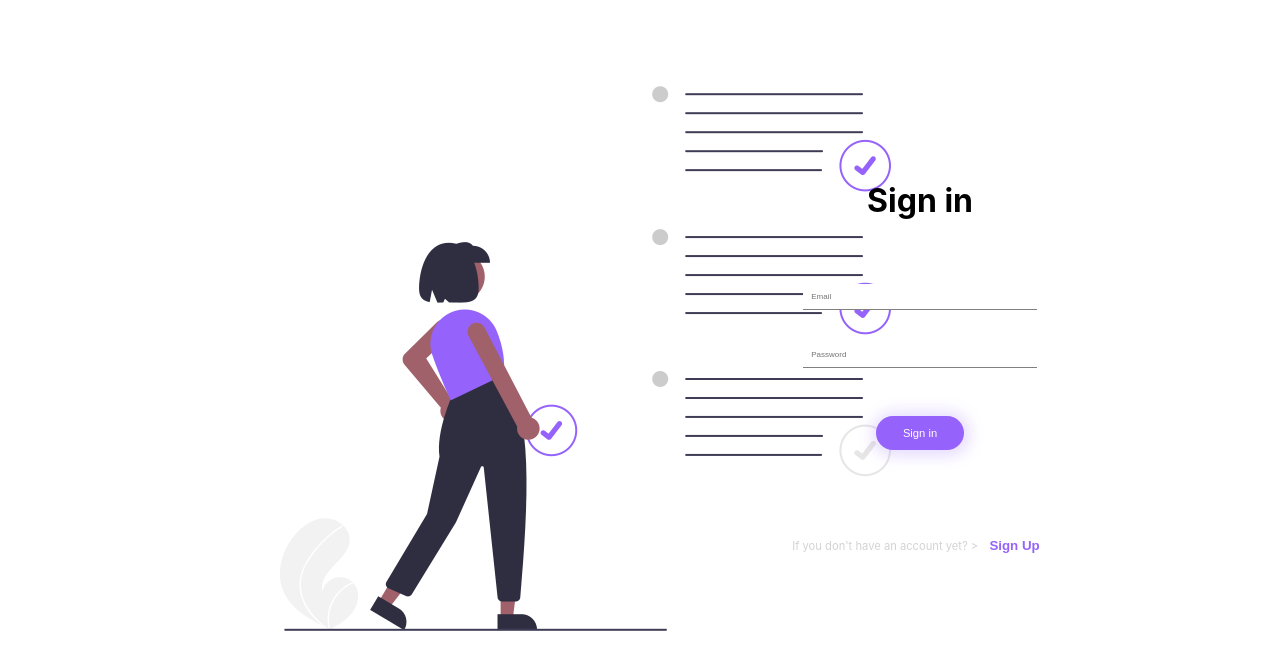
Repository: EEOOOO/wanted-pre-onboarding-fe
Page: / (app in to-do-list-app/)
The author's editor kept a copy of each file at every save. The page is drawn from the files as they stood at one save, then again after the next save.
The browser window is 1280 px wide. The pictures show the whole page.
The project was rebuilt for these pictures with package versions that can differ from the ones it lists, and the page was loaded fresh each time. Also part of the build but not shown: to-do-list-app/src/components/sign_up/sign_up.module.css, to-do-list-app/src/components/sign_up/sign_up.jsx, to-do-list-app/src/components/todoList/todo_list.jsx.

Above is the page before, as saved 2022-08-22 00:52:05.

### to-do-list-app/public/index.html
<!DOCTYPE html>
<html lang="en">
  <head>
    <meta charset="utf-8" />
    <link rel="icon" href="%PUBLIC_URL%/logo.png" />
    <meta name="viewport" content="width=device-width, initial-scale=1" />
    <meta name="theme-color" content="#000000" />
    <meta
      name="description"
      content="Web site created using create-react-app"
    />
    <link rel="apple-touch-icon" href="%PUBLIC_URL%/logo.png" />
    <link rel="manifest" href="%PUBLIC_URL%/manifest.json" />
    <title>Todo List App</title>
  </head>
  <body>
    <div id="root"></div>
  </body>
</html>

### to-do-list-app/src/App.js
import style from './app.module.css';
import { Routes, Route } from 'react-router-dom'
import Login from './components/login/login';
import TodoList from './components/todoList/todo_list';

function App() {
  return <div className={style.App}>
    <Routes>
      <Route path="/" element={<Login/>}></Route>
      <Route path="todo" element={<TodoList/>}></Route>
    </Routes>
  </div>
}

export default App;

### to-do-list-app/src/components/login/login.jsx
import React, { useState } from 'react';
import SignIn from '../sign_in/sign_in';
import SignUp from '../sign_up/sign_up';
import style from '../login/login.module.css';
import loginImage from '../login/login_img.png';

const Login = (props) => {
    const goTosignUp = () => {
        setViewableScreen(<SignUp/>)
    }
    const signIn = <SignIn goToSignUp={goTosignUp}/>
    let [viewableScreen, setViewableScreen] = useState(signIn);
    return (
        <div className={style.login}>
            <div className={style.cover}>
                <img src={loginImage} className={style.coverImage}/>
            </div>
            <div className={style.inputContainer}>{viewableScreen}</div>
        </div>
    )
}

export default Login;

### to-do-list-app/src/components/sign_in/sign_in.jsx
import React from 'react';
import LoginInputForm from '../login_input_form/login_input_form';
import style from '../sign_in/sign_in.module.css'

const SignIn = ({goToSignUp}) => {
    const handleSignInSubmit = (event) => {
        //event.preventDefault();
        console.log(event);
    }
    return(
        <div className={style.signIn}>
            <h1>Sign in</h1>
            <LoginInputForm handleSubmit={handleSignInSubmit} submitContent={'Sign in'}/>
            <span className={style.signUpText}>If you don't have an account yet? &gt; </span>
            <button className={style.signUpButton} onClick={goToSignUp}>Sign Up</button>
        </div>
    )
}

export default SignIn;

### to-do-list-app/src/components/login/login.module.css
.login {
  display: flex;
  height: 100vh;
  justify-content: space-evenly;
  align-items: center;
}
.inputContainer {
  width: 50%;
  min-width: 235px;
  max-width: 400px;
}
.cover {
  width: 50%;
  min-width: 235px;
  max-width: 400px;
}

### to-do-list-app/src/components/login_input_form/login_input_form.jsx
import React from 'react';
import style from '../login_input_form/login_input_form.module.css';
const LoginInputForm = ({handleSubmit, submitContent}) => {
    return (
    <form className={style.inputForm} onSubmit={handleSubmit}>
        <div className={style.email}>
            <input
            type="text"
            className={style.inputEmail}
            placeholder='Email'></input>
        </div>
        <div className={style.password}>
            <input
            type="text"
            className={style.inputPassWord}
            placeholder='Password'></input>
        </div>
        <button type="submit" className={style.submitButton}>{submitContent}</button>
    </form>
    );
};

export default LoginInputForm;

### to-do-list-app/src/components/sign_in/sign_in.module.css
.signIn {
  padding: 1rem;
}
.signUpText {
  color: lightGrey;
  font-size: 0.7rem;
}
.signUpButton {
  background-color: transparent;
  border: none;
  padding: 0.5rem;
  color: rgb(149, 99, 251);
  font-weight: 600;
}

### to-do-list-app/src/components/login_input_form/login_input_form.module.css
.inputForm {
  margin: 3rem;
}
.email,
.password {
  display: flex;
  flex-direction: column;
  align-items: center;
}
input {
  width: 80%;
  font-size: 0.5rem;
  padding: 0.5rem;
  margin: 1rem;
  border: none;
  border-bottom: 0.5px solid gray;
}
.submitButton {
  background-color: rgb(149, 99, 251);
  font-size: 0.7rem;
  color: white;
  border: none;
  padding: 0.7rem 1.7rem;
  border-radius: 17px;
  margin: 2rem 1rem;
  -webkit-box-shadow: 1px 1px 15px 5px rgba(149, 99, 251, 0.23);
  box-shadow: 1px 1px 15px 5px rgba(149, 99, 251, 0.23);
  cursor: pointer;
  transition: transform 200ms ease-in;
}
.submitButton:hover {
  transform: scale(1.05);
}

Loaded but not shown: to-do-list-app/src/index.js (common file); to-do-list-app/src/index.css (common file); to-do-list-app/src/reportWebVitals.js (common file); to-do-list-app/src/app.module.css (common file)

After the next save:
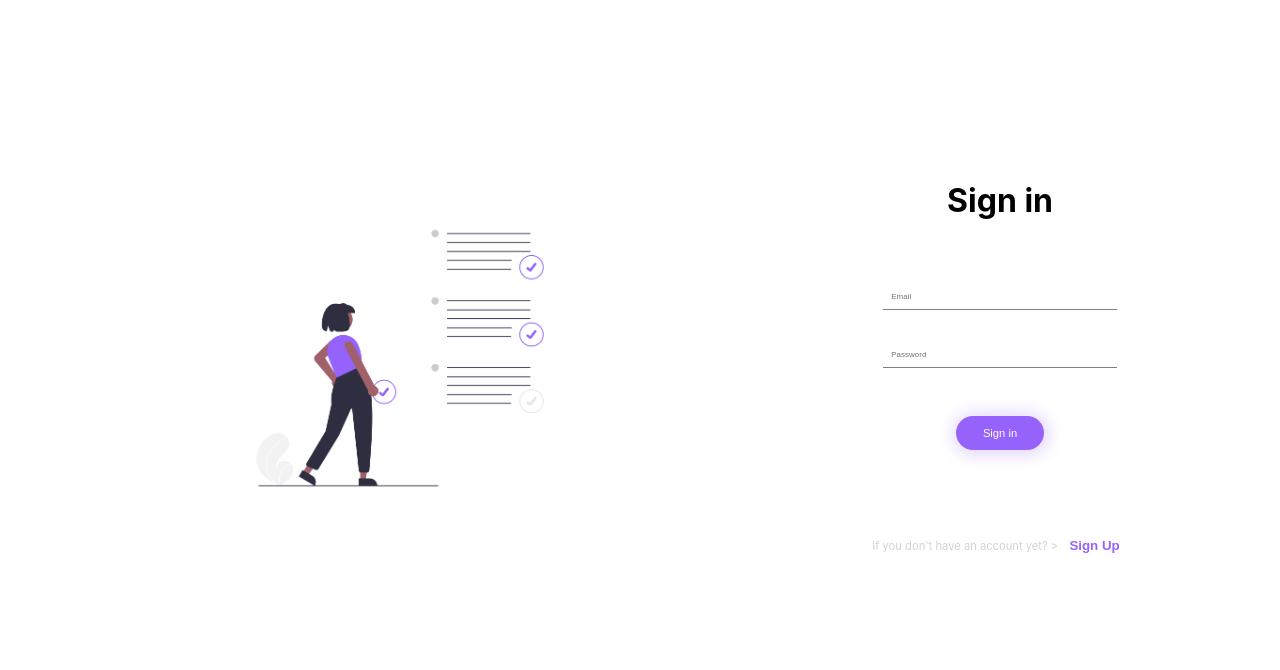
Saved 10 s later.
--- a/to-do-list-app/src/components/login/login.module.css
+++ b/to-do-list-app/src/components/login/login.module.css
@@ -11,6 +11,8 @@
 }
 .cover {
   width: 50%;
+}
+.coverImage {
   min-width: 235px;
   max-width: 400px;
 }
